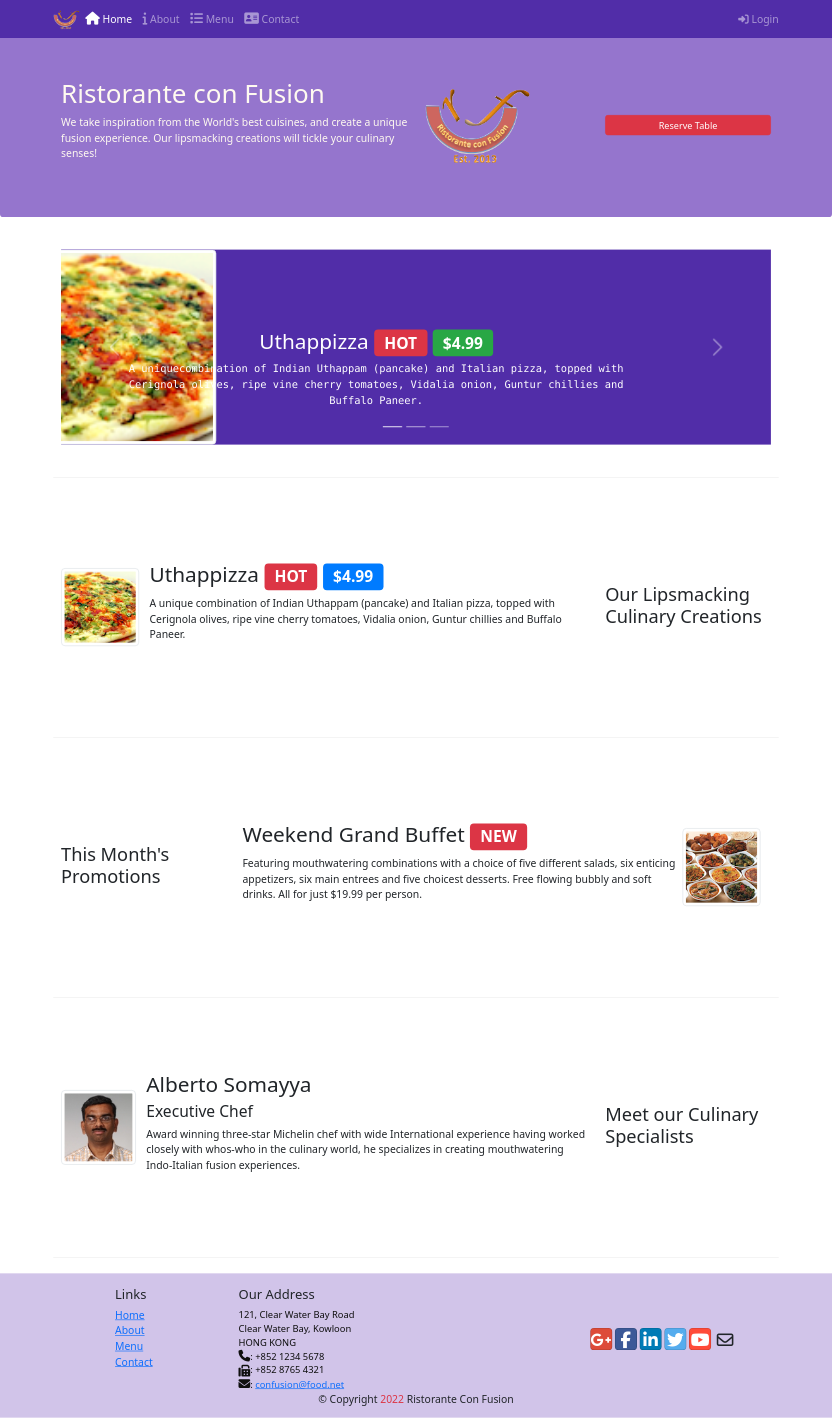
Repository: DungBuiTuan/LAB_FER201m
Page: index.html
The author's editor kept a copy of each file at every save. The page is drawn from the files as they stood at one save, then again after the next save.
The browser window is 1280 px wide. The pictures show the whole page, at 65% of full size.
Some web libraries are served in a nearby version.

Above is the page before, as saved 2023-05-28 18:21:46.
Not found: node_modules/jquery/dist/jquery.min.js

After the next save:
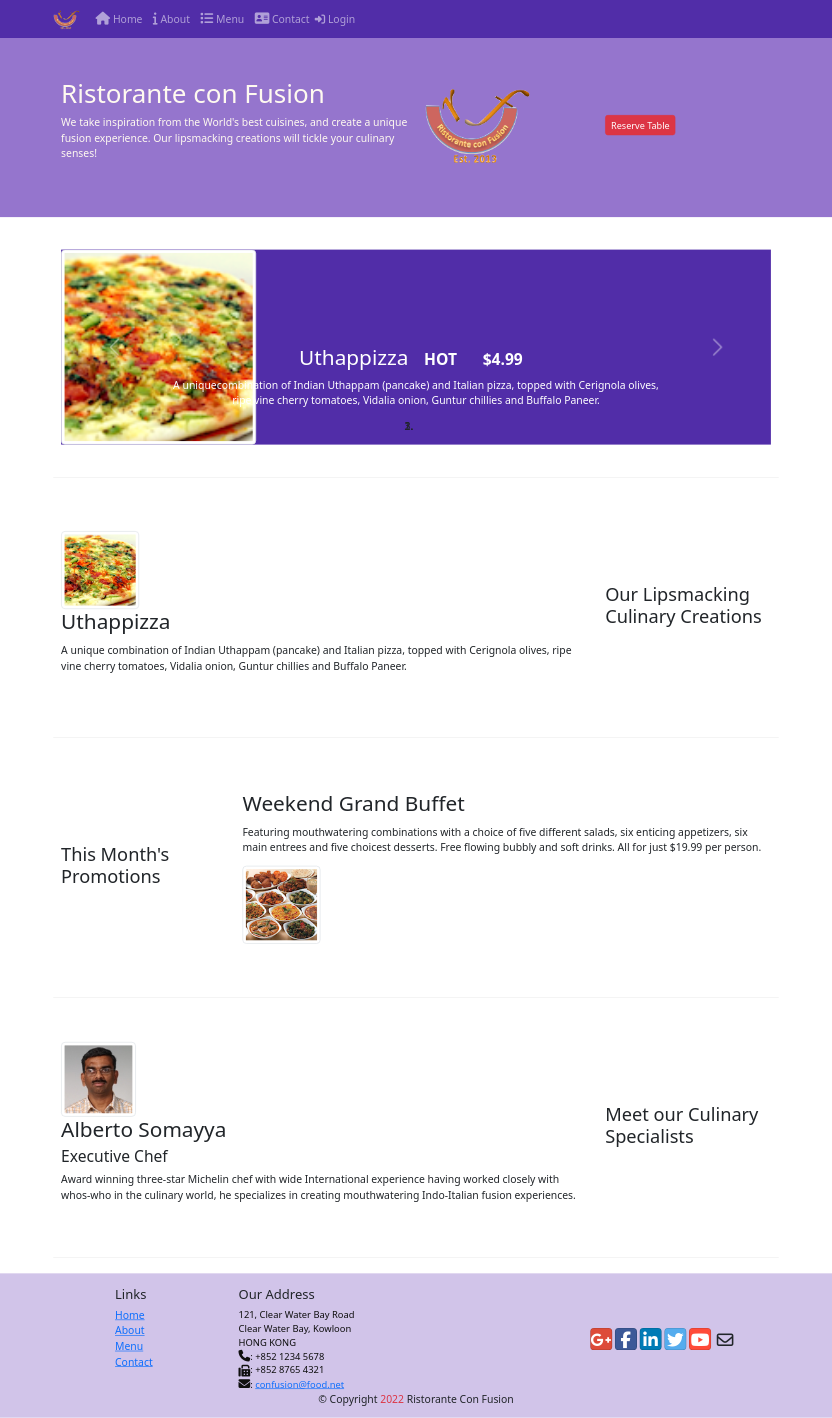
Console error: ReferenceError: $ is not defined
Saved 2 min 27 s later.
--- a/index.html
+++ b/index.html
@@ -6,14 +6,9 @@
     <meta charset="utf-8">
     <meta name="viewport" content="width=device-width, initial-scale=1, shrink-to-fit=no">
     <meta http-equiv="x-ua-compatible" content="ie=edge">
-    <link rel="stylesheet" href="https://maxcdn.bootstrapcdn.com/bootstrap/4.5.0/css/bootstrap.min.css">
-    <script src="https://ajax.googleapis.com/ajax/libs/jquery/3.5.1/jquery.min.js"></script>
-    <script src="https://cdnjs.cloudflare.com/ajax/libs/popper.js/1.16.0/umd/popper.min.js"></script>
-    <script src="https://maxcdn.bootstrapcdn.com/bootstrap/4.5.0/js/bootstrap.min.js"></script>
-    <link rel="stylesheet" href="https://cdnjs.cloudflare.com/ajax/libs/font-awesome/4.7.0/css/font-awesome.min.css">
-    <link rel="stylesheet" href="node_modules/bootstrap/dist/css/bootstrap.min.css">
+    <link rel="stylesheet" href="node_modules/bootstrap/dist/css/bootstrap.min.css" />
     <link rel="stylesheet" href="node_modules/font-awesome/css/font-awesome.min.css">
-    <link rel="stylesheet" href="css/bootstrap-social.css">
+    <link rel="stylesheet" href="node_modules/bootstrap-social/bootstrap-social.css">
     <link href="css/styles.css" rel="stylesheet">
     <title>Ristorante Con Fusion</title>
 
